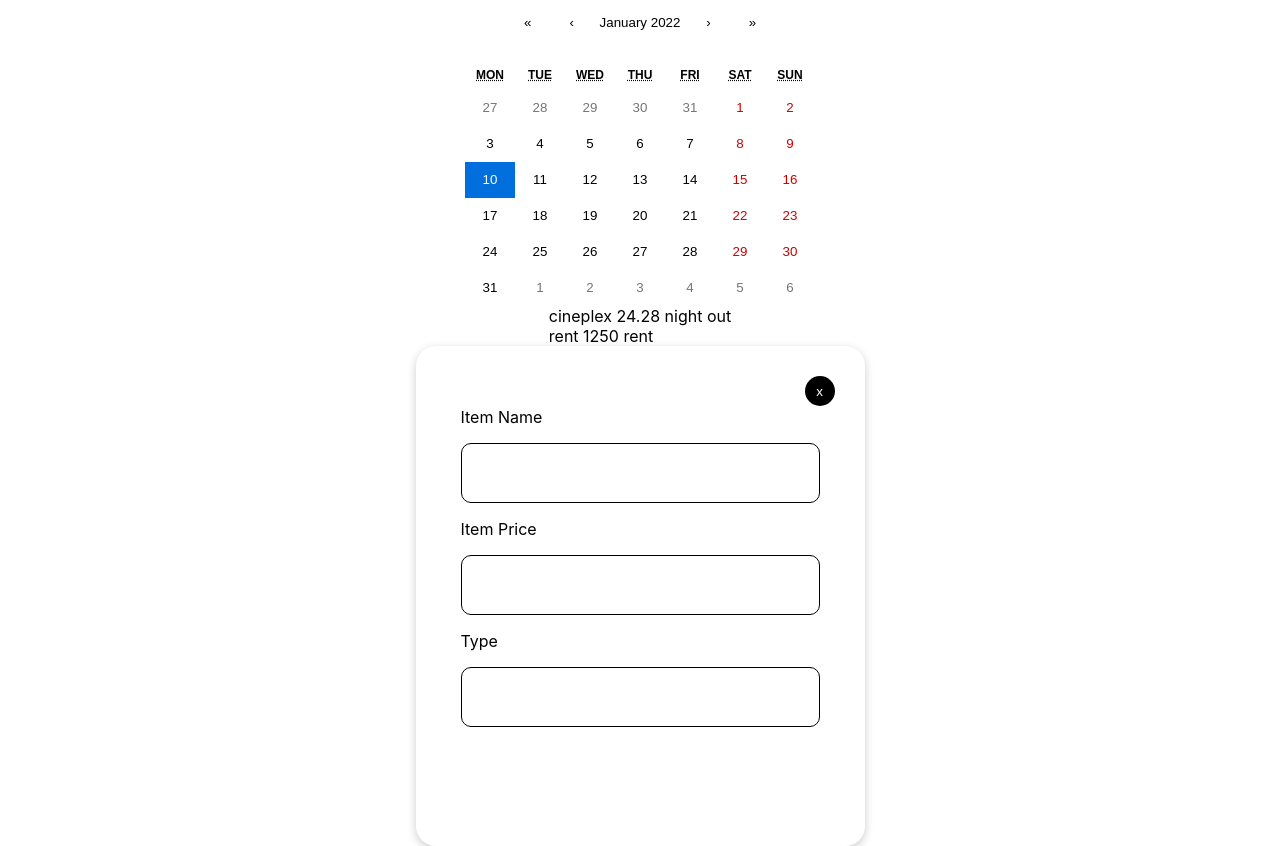
Repository: julianm09/expense-tracker
Page: /
The author's editor kept a copy of each file at every save. The page is drawn from the files as they stood at one save, then again after the next save.
The browser window is 1280 px wide. The pictures show the whole page.
The project was rebuilt for these pictures with package versions that can differ from the ones it lists, and the page was loaded fresh each time. The framework's server and built-in components were replaced by stand-ins that run in the browser. Also part of the build but not shown: next.config.js.

Above is the page before, as saved 2022-01-10 15:04:20.

After the next save:
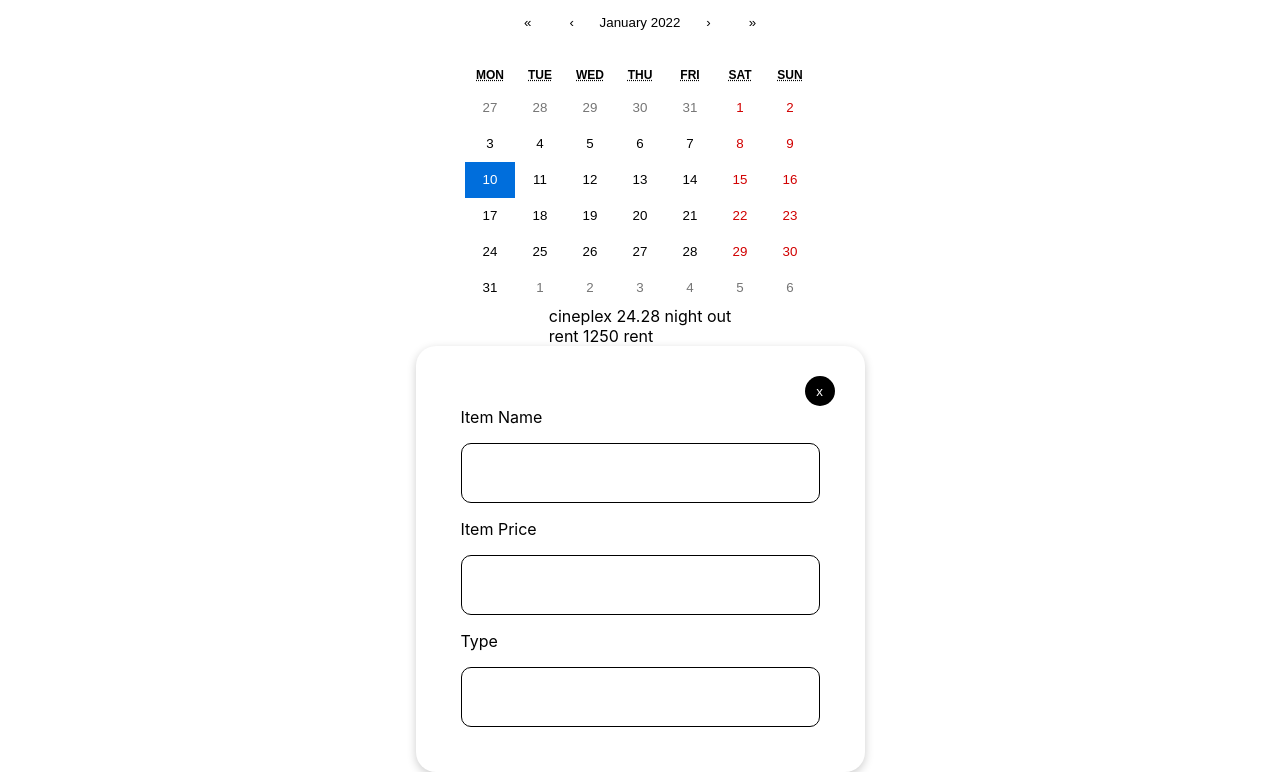
Saved 9 s later.
--- a/comps/popup.js
+++ b/comps/popup.js
@@ -6,8 +6,8 @@ const Cont = styled.div`
   flex-direction: column;
 
   align-items: center;
-  min-width: 400px;
-  min-height: 500px;
+  min-width: 392px;
+  min-height: 422px;
   padding: 45px;
   background-color: #fff;
   border-radius: 20px;
